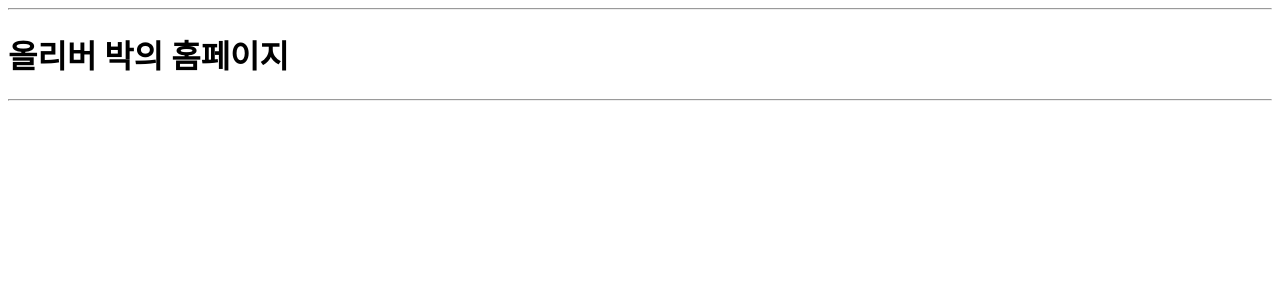
Repository: steeveelee2/WEB_Study
Page: http://localhost/jspProject/views/myHome.jsp
An editor plug-in stored every save of this project. The page is shown before and after the next save, followed by the edit.
The browser window is 1280 px wide. The pictures show the whole page.
The page is served by Tomcat 9.

Above is the page before, as saved 2018-10-15 04:09:56.

After the next save:
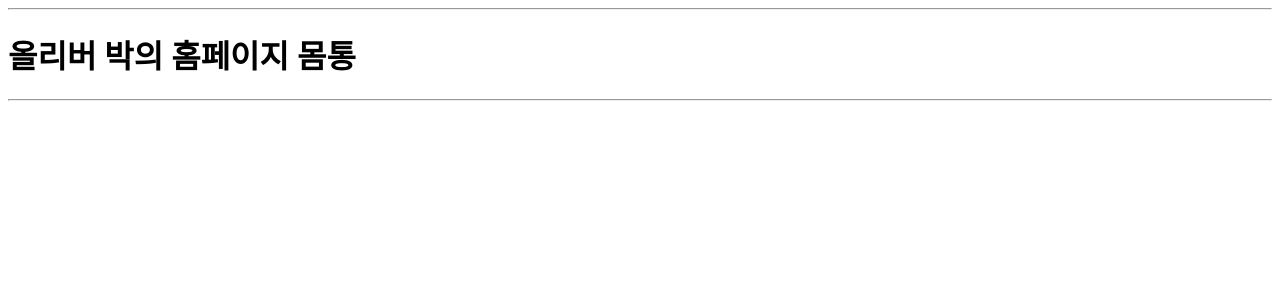
Saved 72 s later.
--- a/webWorkspace/jspProject/web/views/myHome.jsp
+++ b/webWorkspace/jspProject/web/views/myHome.jsp
@@ -9,7 +9,7 @@
 <body>
 	<%@ include file="header.jsp" %>
 	<hr>
-	<h1>올리버 박의 홈페이지</h1>
+	<h1>올리버 박의 홈페이지 몸통</h1>
 	<hr>
 	<%@ include file="footer.jsp" %>
 </body>
